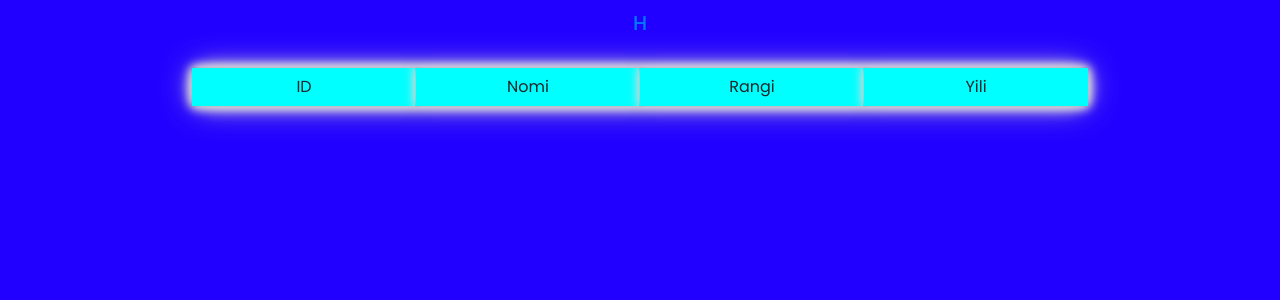
Repository: maqsudov0371/vazifa
Page: http://localhost/authenticate/register
These files come from the project's save history. The page is drawn as it stood at one moment and after the next save; the edit follows.
The browser window is 1280 px wide. The pictures show the whole page.
Some web fonts or font styles are not loaded; a fallback is used. The page is served by the project's application, run on Django 5.2 (manage.py). Other server files are loaded and not shown.

Above is the page before, as saved 2024-07-19 10:27:20.

### templates/register.html
<!doctype html>
<html lang="en">
<head>
    <meta charset="UTF-8">
    <meta name="viewport"
          content="width=device-width, user-scalable=no, initial-scale=1.0, maximum-scale=1.0, minimum-scale=1.0">
    <meta http-equiv="X-UA-Compatible" content="ie=edge">
    <title>MY LISTS</title>
    <link rel="stylesheet" href="style.css">

    <style>

/* Cascading style sheets */
body{
    background: rgb(34, 0, 255);
}

div{
    color: black;
    font-size: 20px;
    text-align: center;
}



table{
    width:50%;
    margin: 20px auto;

}
td{
    width: 20%;
    margin: 30px auto;
    background-color: aqua;
    text-align: center;
    padding: 7px;
    box-shadow: 0px 0px 10px silver, 0px 0px 10px white, 0px 0px 1px black;
}


table{
    width: 70%;
    margin: 30px auto;
    background-color: aqua;
    text-align: center;
    padding: 25px;
    border-radius: 15px;
    box-shadow: 0 0 30px silver, 0 0 15px white;
}

input{
    height: 25px;
    margin: 15px;
}

    </style>


</head>
<body>
    <div class="register">
        <h1>{{ list2 }}</h1>
        <a href="{% url 'register_user' %}">H</a>
    </div>
<!--<h2>  Hello world !  </h2>-->
<!--<h6>  Hello world !  </h6>-->
<!--<br>-->
<!--<input type="text">-->
<!--<img src="https://miro.medium.com/v2/resize:fit:1200/1*aYjzU0FuWPY9A87IKVN1Kg.jpeg" alt="No image">-->

<table >
    <thead>
        <tr>
            <td>ID</td>
            <td>Nomi</td>
            <td>Rangi</td>
            <td>Yili</td>
        </tr>
    </thead>
    <tbody>
        {% for car in cars %}
    <tr>
        <td>{{ car.id }}</td>
        <td>{{ car.name }}</td>
        <td>{{ car.color }}</td>
        <td>{{ car.year }}</td>
    </tr>
    {% endfor %}
    </tbody>
</table>
<br>
<br>




</body>
</html>

### main/authentication/views.py
from main.models import User
from django.shortcuts import render, redirect
from django.contrib.auth import authenticate, login, logout


def register_user(request):
    if request.method == 'POST':
        User.objects.create_user(
            username = request.POST['username'],
            password = request.POST['password']
        )
    return render(request, 'register.html')


def login_user(request):
    if request.method == 'POST':
        username = request.POST['username']
        password = request.POST['password']
        user = authenticate(username=username, password=password)
        if user:
            login(request, user)
            return redirect('index')
    return render(request, 'login.html')


def log_out(request):
    logout(request)
    return redirect('index')

### Blog/urls.py
"""
URL configuration for Blog project.

The `urlpatterns` list routes URLs to views. For more information please see:
    https://docs.djangoproject.com/en/5.0/topics/http/urls/
Examples:
Function views
    1. Add an import:  from my_app import views
    2. Add a URL to urlpatterns:  path('', views.home, name='home')
Class-based views
    1. Add an import:  from other_app.views import Home
    2. Add a URL to urlpatterns:  path('', Home.as_view(), name='home')
Including another URLconf
    1. Import the include() function: from django.urls import include, path
    2. Add a URL to urlpatterns:  path('blog/', include('blog.urls'))
"""
from django.contrib import admin
from django.urls import path, include
from django.conf.urls.static import static
from django.conf import settings

urlpatterns = [
    path('admin/', admin.site.urls),
    path('', include('main.urls'))
]+static(settings.MEDIA_URL, document_root=settings.MEDIA_ROOT)

### main/urls.py
from django.urls import path, include
from . import views

urlpatterns = [
    path('', views.blogs, name='index'),
    path('blog-detail/<int:id>/', views.blog_detail, name='blog_detail'),
    path('comment/create/', views.comment_create, name='comment_create'),
    path('authenticate/', include('main.authentication.urls')),
    path('dashboard/', include('main.dashboard.urls'))
]

### main/authentication/urls.py
from . import views
from django.urls import path

urlpatterns = [
    path('register', views.register_user, name='register_user'),
    path('login', views.login_user, name='login_user'),
    path('logout', views.log_out, name='log_out')
]

### main/dashboard/urls.py
from django.urls import path
from . import views

urlpatterns = [
    path('create/', views.blog_create, name='blog_create'),
    path('update/<int:id>/', views.blog_update, name='blog_update'),
    path('delete/<int:id>/', views.blog_delete, name='blog_delete'),
    path('blogs/', views.my_blogs, name='my_blogs'),
]

### static/css/others/pe-icon-7-stroke.css
@font-face {
	font-family: 'Pe-icon-7-stroke';
	src:url('../../fonts/Pe-icon-7-stroke.eot?d7yf1v');
	src:url('../../fonts/Pe-icon-7-stroke.eot?#iefixd7yf1v') format('embedded-opentype'),
		url('../../fonts/Pe-icon-7-stroke.woff?d7yf1v') format('woff'),
		url('../../fonts/Pe-icon-7-stroke.ttf?d7yf1v') format('truetype'),
		url('../../fonts/Pe-icon-7-stroke.svg?d7yf1v#Pe-icon-7-stroke') format('svg');
	font-weight: normal;
	font-style: normal;
}

[class^="pe-7s-"], [class*=" pe-7s-"] {
	display: inline-block;
	font-family: 'Pe-icon-7-stroke';
	speak: none;
	font-style: normal;
	font-weight: normal;
	font-variant: normal;
	text-transform: none;
	line-height: 1;

	/* Better Font Rendering =========== */
	-webkit-font-smoothing: antialiased;
	-moz-osx-font-smoothing: grayscale;
}

.pe-7s-album:before {
	content: "\e6aa";
}
.pe-7s-arc:before {
	content: "\e6ab";
}
.pe-7s-back-2:before {
	content: "\e6ac";
}
.pe-7s-bandaid:before {
	content: "\e6ad";
}
.pe-7s-car:before {
	content: "\e6ae";
}
.pe-7s-diamond:before {
	content: "\e6af";
}
.pe-7s-door-lock:before {
	content: "\e6b0";
}
.pe-7s-eyedropper:before {
	content: "\e6b1";
}
.pe-7s-female:before {
	content: "\e6b2";
}
.pe-7s-gym:before {
	content: "\e6b3";
}
.pe-7s-hammer:before {
	content: "\e6b4";
}
.pe-7s-headphones:before {
	content: "\e6b5";
}
.pe-7s-helm:before {
	content: "\e6b6";
}
.pe-7s-hourglass:before {
	content: "\e6b7";
}
.pe-7s-leaf:before {
	content: "\e6b8";
}
.pe-7s-magic-wand:before {
	content: "\e6b9";
}
.pe-7s-male:before {
	content: "\e6ba";
}
.pe-7s-map-2:before {
	content: "\e6bb";
}
.pe-7s-next-2:before {
	content: "\e6bc";
}
.pe-7s-paint-bucket:before {
	content: "\e6bd";
}
.pe-7s-pendrive:before {
	content: "\e6be";
}
.pe-7s-photo:before {
	content: "\e6bf";
}
.pe-7s-piggy:before {
	content: "\e6c0";
}
.pe-7s-plugin:before {
	content: "\e6c1";
}
.pe-7s-refresh-2:before {
	content: "\e6c2";
}
.pe-7s-rocket:before {
	content: "\e6c3";
}
.pe-7s-settings:before {
	content: "\e6c4";
}
.pe-7s-shield:before {
	content: "\e6c5";
}
.pe-7s-smile:before {
	content: "\e6c6";
}
.pe-7s-usb:before {
	content: "\e6c7";
}
.pe-7s-vector:before {
	content: "\e6c8";
}
.pe-7s-wine:before {
	content: "\e6c9";
}
.pe-7s-cloud-upload:before {
	content: "\e68a";
}
.pe-7s-cash:before {
	content: "\e68c";
}
.pe-7s-close:before {
	content: "\e680";
}
.pe-7s-bluetooth:before {
	content: "\e68d";
}
.pe-7s-cloud-download:before {
	content: "\e68b";
}
.pe-7s-way:before {
	content: "\e68e";
}
.pe-7s-close-circle:before {
	content: "\e681";
}
.pe-7s-id:before {
	content: "\e68f";
}
.pe-7s-angle-up:before {
	content: "\e682";
}
.pe-7s-wristwatch:before {
	content: "\e690";
}
.pe-7s-angle-up-circle:before {
	content: "\e683";
}
.pe-7s-world:before {
	content: "\e691";
}
.pe-7s-angle-right:before {
	content: "\e684";
}
.pe-7s-volume:before {
	content: "\e692";
}
.pe-7s-angle-right-circle:before {
	content: "\e685";
}
.pe-7s-users:before {
	content: "\e693";
}
.pe-7s-angle-left:before {
	content: "\e686";
}
.pe-7s-user-female:before {
	content: "\e694";
}
.pe-7s-angle-left-circle:before {
	content: "\e687";
}
.pe-7s-up-arrow:before {
	content: "\e695";
}
.pe-7s-angle-down:before {
	content: "\e688";
}
.pe-7s-switch:before {
	content: "\e696";
}
.pe-7s-angle-down-circle:before {
	content: "\e689";
}
.pe-7s-scissors:before {
	content: "\e697";
}
.pe-7s-wallet:before {
	content: "\e600";
}
.pe-7s-safe:before {
	content: "\e698";
}
.pe-7s-volume2:before {
	content: "\e601";
}
.pe-7s-volume1:before {
	content: "\e602";
}
.pe-7s-voicemail:before {
	content: "\e603";
}
.pe-7s-video:before {
	content: "\e604";
}
.pe-7s-user:before {
	content: "\e605";
}
.pe-7s-upload:before {
	content: "\e606";
}
.pe-7s-unlock:before {
	content: "\e607";
}
.pe-7s-umbrella:before {
	content: "\e608";
}
.pe-7s-trash:before {
	content: "\e609";
}
.pe-7s-tools:before {
	content: "\e60a";
}
.pe-7s-timer:before {
	content: "\e60b";
}
.pe-7s-ticket:before {
	content: "\e60c";
}
.pe-7s-target:before {
	content: "\e60d";
}
.pe-7s-sun:before {
	content: "\e60e";
}
.pe-7s-study:before {
	content: "\e60f";
}
.pe-7s-stopwatch:before {
	content: "\e610";
}
.pe-7s-star:before {
	content: "\e611";
}
.pe-7s-speaker:before {
	content: "\e612";
}
.pe-7s-signal:before {
	content: "\e613";
}
.pe-7s-shuffle:before {
	content: "\e614";
}
.pe-7s-shopbag:before {
	content: "\e615";
}
.pe-7s-share:before {
	content: "\e616";
}
.pe-7s-server:before {
	content: "\e617";
}
.pe-7s-search:before {
	content: "\e618";
}
.pe-7s-film:before {
	content: "\e6a5";
}
.pe-7s-science:before {
	content: "\e619";
}
.pe-7s-disk:before {
	content: "\e6a6";
}
.pe-7s-ribbon:before {
	content: "\e61a";
}
.pe-7s-repeat:before {
	content: "\e61b";
}
.pe-7s-refresh:before {
	content: "\e61c";
}
.pe-7s-add-user:before {
	content: "\e6a9";
}
.pe-7s-refresh-cloud:before {
	content: "\e61d";
}
.pe-7s-paperclip:before {
	content: "\e69c";
}
.pe-7s-radio:before {
	content: "\e61e";
}
.pe-7s-note2:before {
	content: "\e69d";
}
.pe-7s-print:before {
	content: "\e61f";
}
.pe-7s-network:before {
	content: "\e69e";
}
.pe-7s-prev:before {
	content: "\e620";
}
.pe-7s-mute:before {
	content: "\e69f";
}
.pe-7s-power:before {
	content: "\e621";
}
.pe-7s-medal:before {
	content: "\e6a0";
}
.pe-7s-portfolio:before {
	content: "\e622";
}
.pe-7s-like2:before {
	content: "\e6a1";
}
.pe-7s-plus:before {
	content: "\e623";
}
.pe-7s-left-arrow:before {
	content: "\e6a2";
}
.pe-7s-play:before {
	content: "\e624";
}
.pe-7s-key:before {
	content: "\e6a3";
}
.pe-7s-plane:before {
	content: "\e625";
}
.pe-7s-joy:before {
	content: "\e6a4";
}
.pe-7s-photo-gallery:before {
	content: "\e626";
}
.pe-7s-pin:before {
	content: "\e69b";
}
.pe-7s-phone:before {
	content: "\e627";
}
.pe-7s-plug:before {
	content: "\e69a";
}
.pe-7s-pen:before {
	content: "\e628";
}
.pe-7s-right-arrow:before {
	content: "\e699";
}
.pe-7s-paper-plane:before {
	content: "\e629";
}
.pe-7s-delete-user:before {
	content: "\e6a7";
}
.pe-7s-paint:before {
	content: "\e62a";
}
.pe-7s-bottom-arrow:before {
	content: "\e6a8";
}
.pe-7s-notebook:before {
	content: "\e62b";
}
.pe-7s-note:before {
	content: "\e62c";
}
.pe-7s-next:before {
	content: "\e62d";
}
.pe-7s-news-paper:before {
	content: "\e62e";
}
.pe-7s-musiclist:before {
	content: "\e62f";
}
.pe-7s-music:before {
	content: "\e630";
}
.pe-7s-mouse:before {
	content: "\e631";
}
.pe-7s-more:before {
	content: "\e632";
}
.pe-7s-moon:before {
	content: "\e633";
}
.pe-7s-monitor:before {
	content: "\e634";
}
.pe-7s-micro:before {
	content: "\e635";
}
.pe-7s-menu:before {
	content: "\e636";
}
.pe-7s-map:before {
	content: "\e637";
}
.pe-7s-map-marker:before {
	content: "\e638";
}
.pe-7s-mail:before {
	content: "\e639";
}
.pe-7s-mail-open:before {
	content: "\e63a";
}
.pe-7s-mail-open-file:before {
	content: "\e63b";
}
.pe-7s-magnet:before {
	content: "\e63c";
}
.pe-7s-loop:before {
	content: "\e63d";
}
.pe-7s-look:before {
	content: "\e63e";
}
.pe-7s-lock:before {
	content: "\e63f";
}
.pe-7s-lintern:before {
	content: "\e640";
}
.pe-7s-link:before {
	content: "\e641";
}
.pe-7s-like:before {
	content: "\e642";
}
.pe-7s-light:before {
	content: "\e643";
}
.pe-7s-less:before {
	content: "\e644";
}
.pe-7s-keypad:before {
	content: "\e645";
}
.pe-7s-junk:before {
	content: "\e646";
}
.pe-7s-info:before {
	content: "\e647";
}
.pe-7s-home:before {
	content: "\e648";
}
.pe-7s-help2:before {
	content: "\e649";
}
.pe-7s-help1:before {
	content: "\e64a";
}
.pe-7s-graph3:before {
	content: "\e64b";
}
.pe-7s-graph2:before {
	content: "\e64c";
}
.pe-7s-graph1:before {
	content: "\e64d";
}
.pe-7s-graph:before {
	content: "\e64e";
}
.pe-7s-global:before {
	content: "\e64f";
}
.pe-7s-gleam:before {
	content: "\e650";
}
.pe-7s-glasses:before {
	content: "\e651";
}
.pe-7s-gift:before {
	content: "\e652";
}
.pe-7s-folder:before {
	content: "\e653";
}
.pe-7s-flag:before {
	content: "\e654";
}
.pe-7s-filter:before {
	content: "\e655";
}
.pe-7s-file:before {
	content: "\e656";
}
.pe-7s-expand1:before {
	content: "\e657";
}
.pe-7s-exapnd2:before {
	content: "\e658";
}
.pe-7s-edit:before {
	content: "\e659";
}
.pe-7s-drop:before {
	content: "\e65a";
}
.pe-7s-drawer:before {
	content: "\e65b";
}
.pe-7s-download:before {
	content: "\e65c";
}
.pe-7s-display2:before {
	content: "\e65d";
}
.pe-7s-display1:before {
	content: "\e65e";
}
.pe-7s-diskette:before {
	content: "\e65f";
}
.pe-7s-date:before {
	content: "\e660";
}
.pe-7s-cup:before {
	content: "\e661";
}
.pe-7s-culture:before {
	content: "\e662";
}
.pe-7s-crop:before {
	content: "\e663";
}
.pe-7s-credit:before {
	content: "\e664";
}
.pe-7s-copy-file:before {
	content: "\e665";
}
.pe-7s-config:before {
	content: "\e666";
}
.pe-7s-compass:before {
	content: "\e667";
}
.pe-7s-comment:before {
	content: "\e668";
}
.pe-7s-coffee:before {
	content: "\e669";
}
.pe-7s-cloud:before {
	content: "\e66a";
}
.pe-7s-clock:before {
	content: "\e66b";
}
.pe-7s-check:before {
	content: "\e66c";
}
.pe-7s-chat:before {
	content: "\e66d";
}
.pe-7s-cart:before {
	content: "\e66e";
}
.pe-7s-camera:before {
	content: "\e66f";
}
.pe-7s-call:before {
	content: "\e670";
}
.pe-7s-calculator:before {
	content: "\e671";
}
.pe-7s-browser:before {
	content: "\e672";
}
.pe-7s-box2:before {
	content: "\e673";
}
.pe-7s-box1:before {
	content: "\e674";
}
.pe-7s-bookmarks:before {
	content: "\e675";
}
.pe-7s-bicycle:before {
	content: "\e676";
}
.pe-7s-bell:before {
	content: "\e677";
}
.pe-7s-battery:before {
	content: "\e678";
}
.pe-7s-ball:before {
	content: "\e679";
}
.pe-7s-back:before {
	content: "\e67a";
}
.pe-7s-attention:before {
	content: "\e67b";
}
.pe-7s-anchor:before {
	content: "\e67c";
}
.pe-7s-albums:before {
	content: "\e67d";
}
.pe-7s-alarm:before {
	content: "\e67e";
}
.pe-7s-airplay:before {
	content: "\e67f";
}

Loaded but not shown: static/css/bootstrap/bootstrap.min.css (library); static/css/others/animate.css (library); static/css/others/magnific-popup.css (library); static/css/others/meanmenu.min.css (common file); static/css/others/owl.carousel.min.css (common file); static/css/others/font-awesome.min.css (library); static/style.css (1489 lines, source omitted)

After the next save:
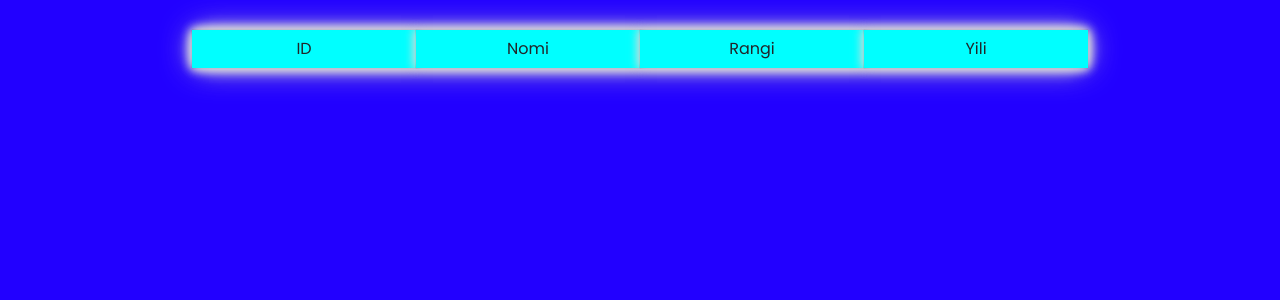
Saved 6 s later.
--- a/templates/register.html
+++ b/templates/register.html
@@ -60,7 +60,7 @@
 <body>
     <div class="register">
         <h1>{{ list2 }}</h1>
-        <a href="{% url 'register_user' %}">H</a>
+        <a href="{% url 'register_user' %}"></a>
     </div>
 <!--<h2>  Hello world !  </h2>-->
 <!--<h6>  Hello world !  </h6>-->

After the save that followed:
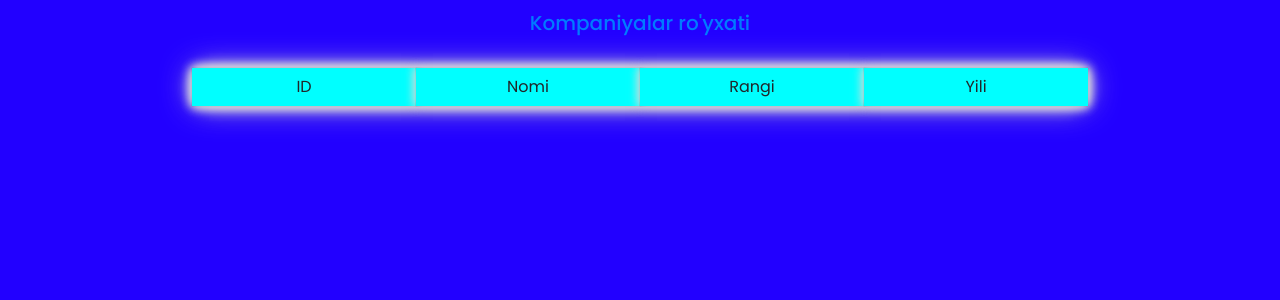
Saved 7 s later.
--- a/templates/register.html
+++ b/templates/register.html
@@ -60,7 +60,7 @@
 <body>
     <div class="register">
         <h1>{{ list2 }}</h1>
-        <a href="{% url 'register_user' %}"></a>
+        <a href="{% url 'register_user' %}">Kompaniyalar ro'yxati</a>
     </div>
 <!--<h2>  Hello world !  </h2>-->
 <!--<h6>  Hello world !  </h6>-->
